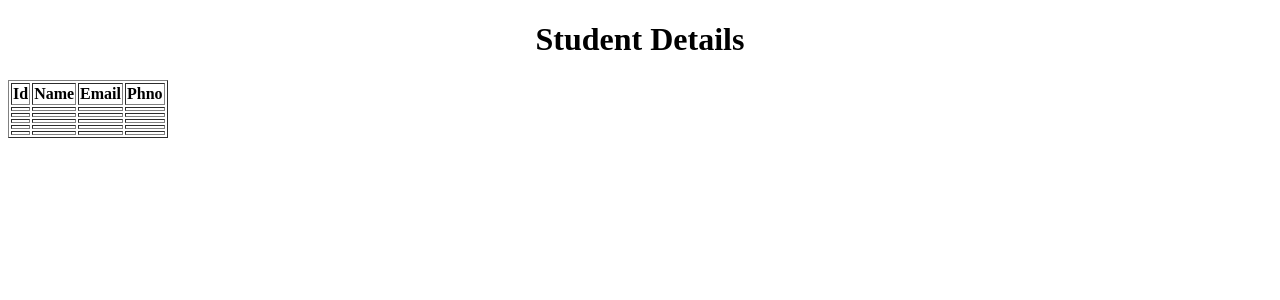
Repository: Chintan-elite/Java_Shail
Page: Learning_web/src/main/webapp/Table.html
These files come from the project's save history. The page is drawn as it stood at one moment and after the next save; the edit follows.
The browser window is 1280 px wide. The pictures show the whole page.

Above is the page before, as saved 2023-09-08 12:26:46.

### Learning_web/src/main/webapp/Table.html
<!DOCTYPE html>
<html>
<head>
<meta charset="ISO-8859-1">
<title>Insert title here</title>
</head>
<body>
		<h1 align="center">Student Details</h1>

		<table border="1">
		<tr>
			<th>Id</th>
			<th>Name</th>
			<th>Email</th>
			<th>Phno</th>
		</tr>

		<tr>
			<td></td>
			<td></td>
			<td></td>
			<td></td>
		</tr>

		<tr>
			<td></td>
			<td></td>
			<td></td>
			<td></td>
		</tr>

		<tr>
			<td></td>
			<td></td>
			<td></td>
			<td></td>
		</tr>

		<tr>
			<td></td>
			<td></td>
			<td></td>
			<td></td>
		</tr>

		<tr>
			<td></td>
			<td></td>
			<td></td>
			<td></td>
		</tr>


		</table>




</body>
</html>

After the next save:
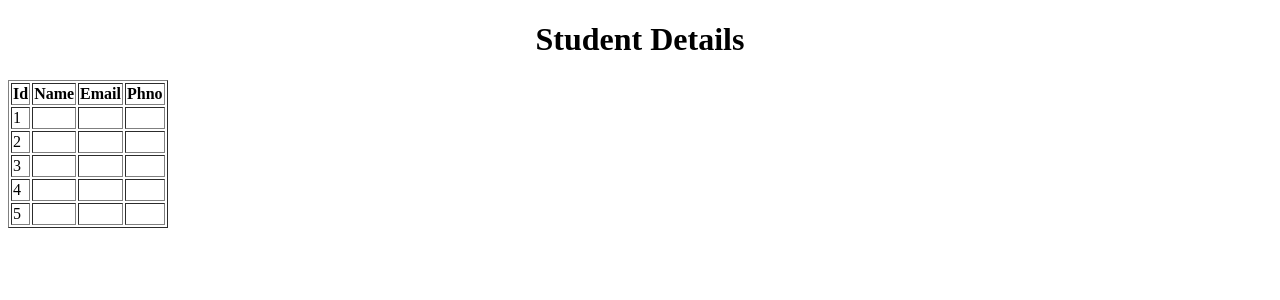
Saved 21 s later.
--- a/Learning_web/src/main/webapp/Table.html
+++ b/Learning_web/src/main/webapp/Table.html
@@ -16,35 +16,35 @@
 		</tr>
 
 		<tr>
-			<td></td>
+			<td>1</td>
 			<td></td>
 			<td></td>
 			<td></td>
 		</tr>
 
 		<tr>
-			<td></td>
+			<td>2</td>
 			<td></td>
 			<td></td>
 			<td></td>
 		</tr>
 
 		<tr>
-			<td></td>
+			<td>3</td>
 			<td></td>
 			<td></td>
 			<td></td>
 		</tr>
 
 		<tr>
-			<td></td>
+			<td>4</td>
 			<td></td>
 			<td></td>
 			<td></td>
 		</tr>
 
 		<tr>
-			<td></td>
+			<td>5</td>
 			<td></td>
 			<td></td>
 			<td></td>
